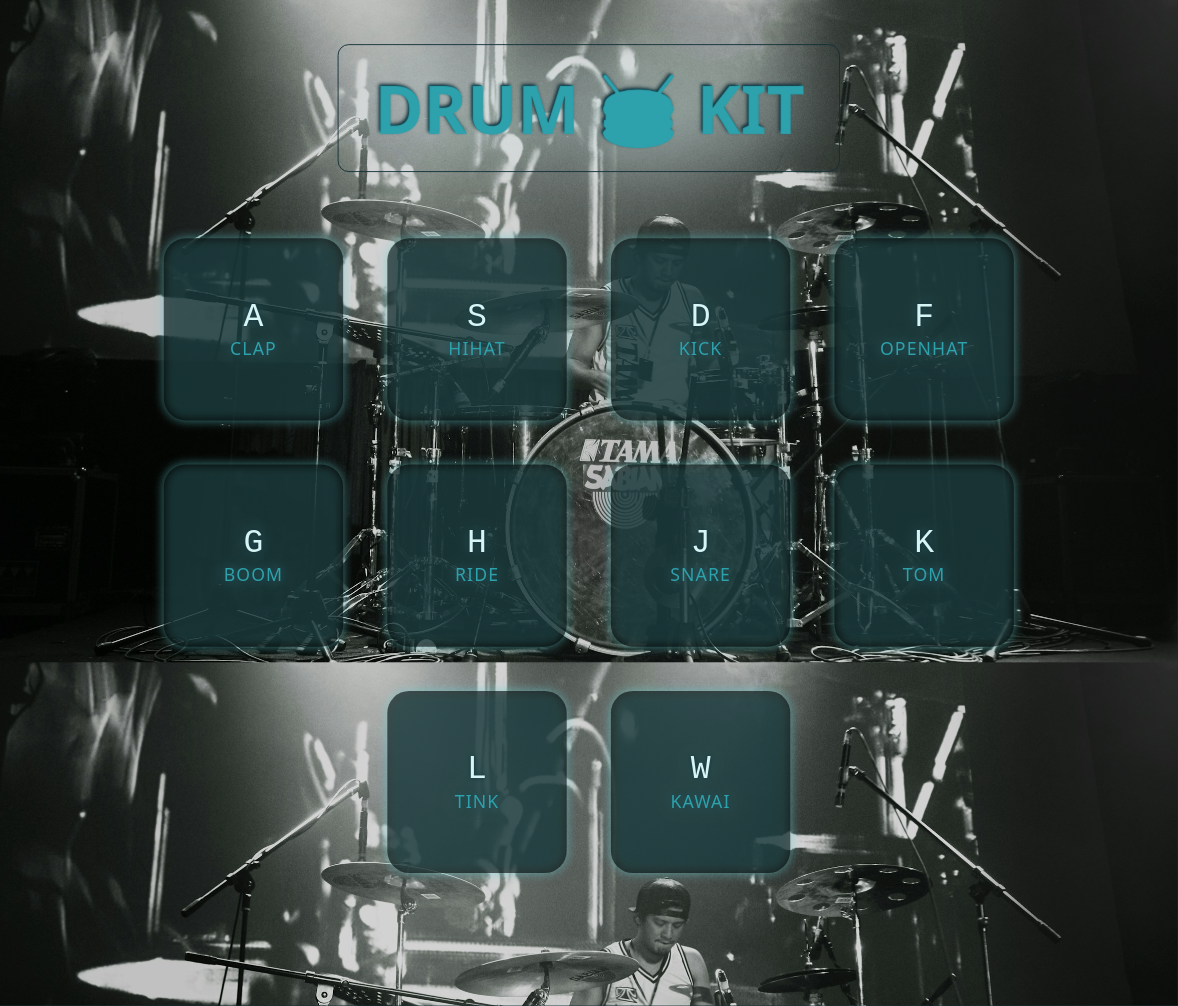
Repository: Freezler/drumkitJS
Page: index.html
The author's editor kept a copy of each file at every save. The page is drawn from the files as they stood at one save, then again after the next save.
The browser window is 1280 px wide. The pictures show the whole page, at 92% of full size.
Backgrounds fixed to the window are drawn as part of the page.

Above is the page before, as saved 2024-08-24 13:18:53.
Console error: ReferenceError: key is not defined

After the next save:
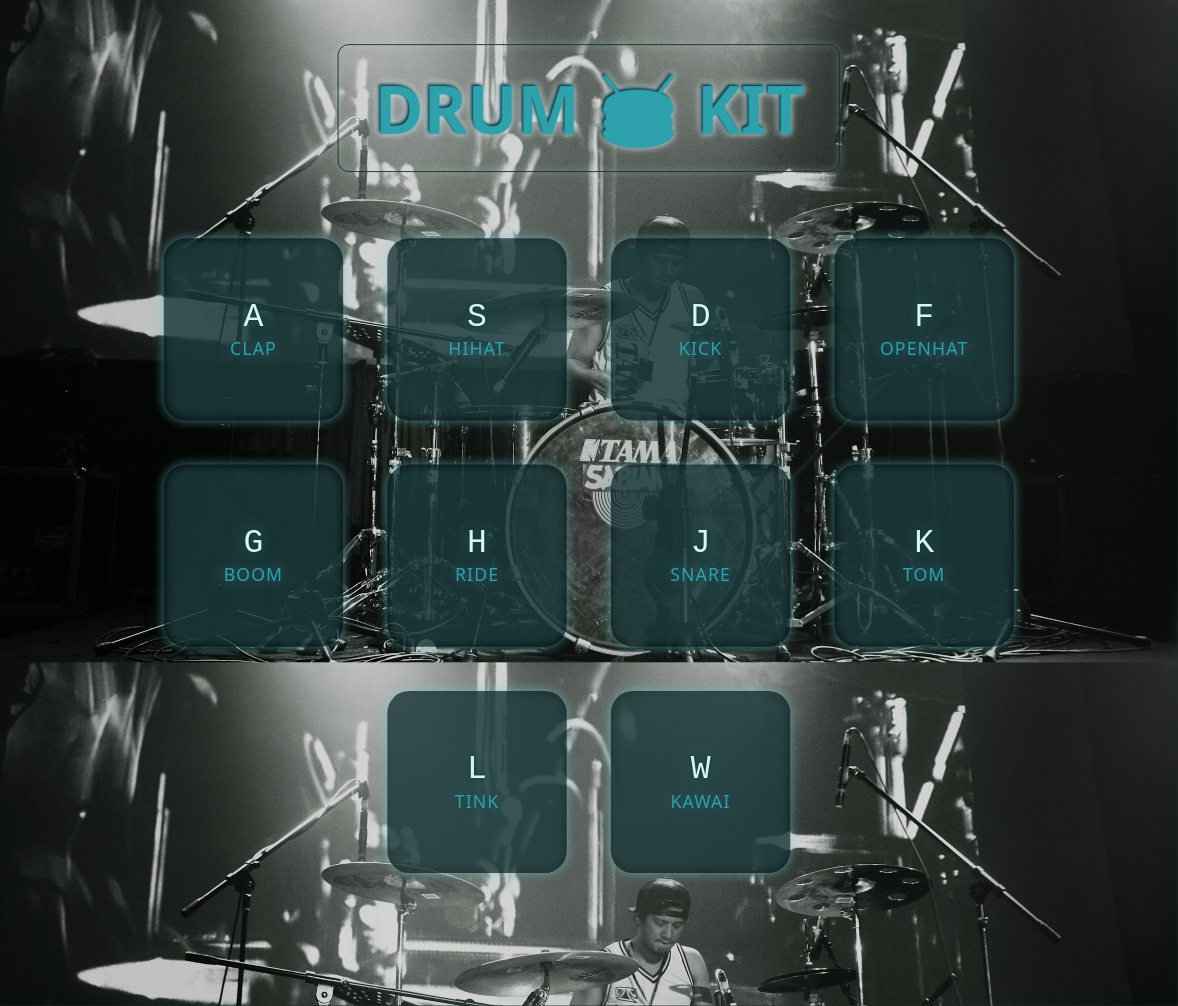
Saved 7 s later.
--- a/style.css
+++ b/style.css
@@ -56,7 +56,7 @@
   text-shadow: 1px 1px 1px var(--500), -1px -1px 4px var(--950);
   font-weight: 700;
   transition: all 0.2s ease;
-  filter: drop-shadow(0 0 48px var(--100));
+  filter: drop-shadow(0 0 4px var(--100));
 }
 
 main {
